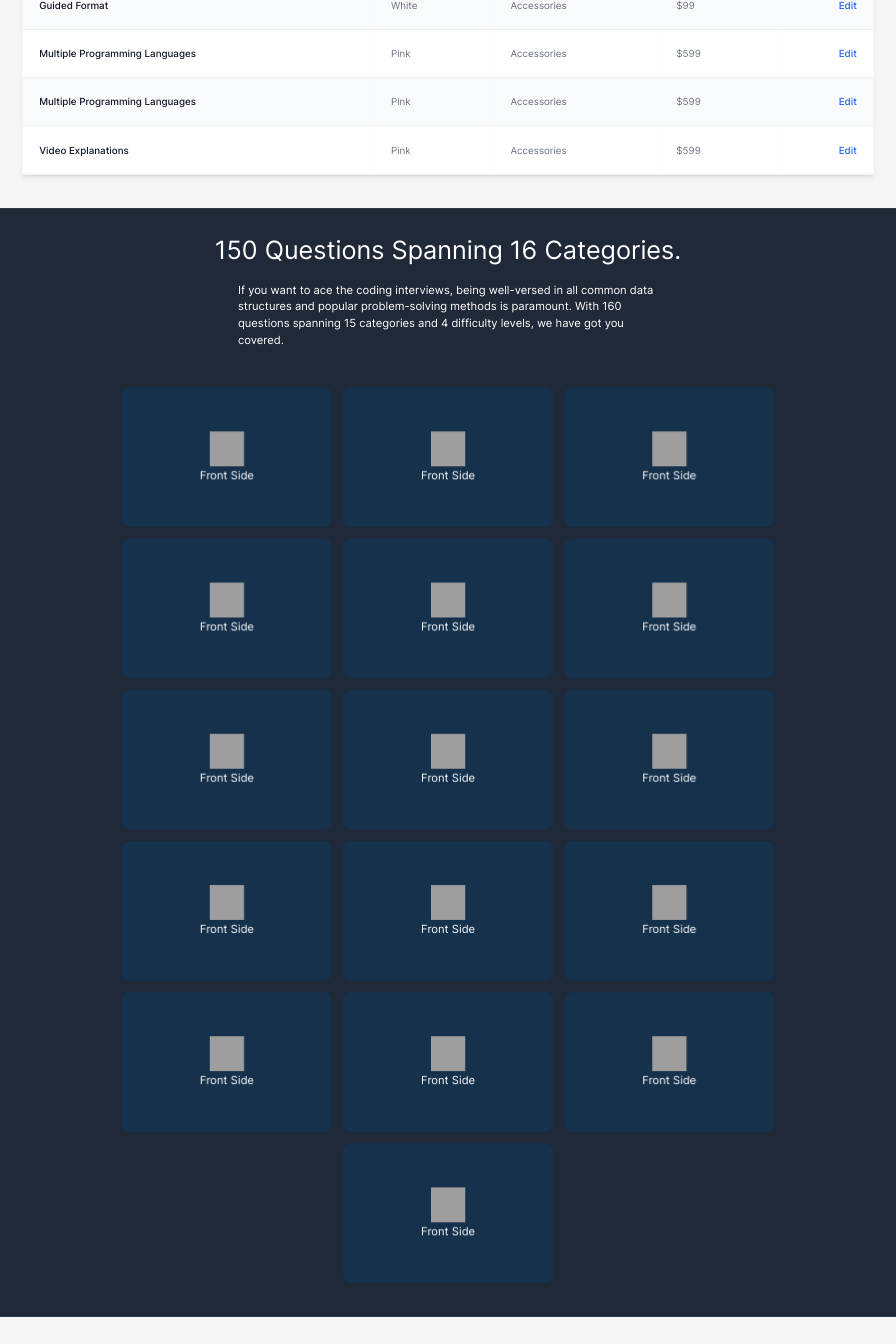
Repository: om1ars/Xjkey
Page: /
An editor plug-in stored every save of this project. The page is shown before and after the next save, followed by the edit.
The browser window is 1280 px wide. The pictures show the part of the page from y = 1305 to 3225 px (the page is 3811 px tall before and 3880 px after), at 70% of full size.
Pictures or frames that could not be fetched are drawn as grey boxes. The project was rebuilt for these pictures with package versions that can differ from the ones it lists, and the page was loaded fresh each time. The framework's server and built-in components were replaced by stand-ins that run in the browser. Also part of the build but not shown: next.config.js.

Above is the page before, as saved 2022-03-19 01:49:51.

### src/pages/_app.tsx
import "@/css/fonts.css";
// Import Swiper styles
import "swiper/css";
import "swiper/css/free-mode";
import "swiper/css/scrollbar";
import "swiper/css/navigation";
//
import "@/css/main.scss";
import type { AppProps } from "next/app";
import { ThemeProvider } from "next-themes";
import { Header } from "@/components/Header";
import DefaultLayout from "@/layouts/DefaultLayout";

function MyApp({ Component, pageProps }: AppProps) {
  return (
    <ThemeProvider attribute="class" defaultTheme="system">
      <DefaultLayout>
        <Component {...pageProps} />
      </DefaultLayout>
    </ThemeProvider>
  );
}

export default MyApp;

### src/pages/_document.tsx
import NextDocument, {
  Html,
  Head,
  Main,
  NextScript,
  DocumentContext,
} from 'next/document';

export default class Document extends NextDocument {
  static async getInitialProps(ctx: DocumentContext) {
    const initialProps = await NextDocument.getInitialProps(ctx);
    return { ...initialProps };
  }

  render() {
    return (
      <Html lang='en' className='dark'>
        <Head>
          <link href='/favicons/site.webmanifest' rel='manifest' />
          <link href='/favicons/favicon.ico' rel='shortcut icon' />
          <link
            href='/favicons/apple-touch-icon.png'
            rel='apple-touch-icon'
            sizes='180x180'
          />
          <link
            href='/favicons/favicon-32x32.png'
            rel='icon'
            sizes='32x32'
            type='image/png'
          />
          <link
            href='/favicons/favicon-16x16.png'
            rel='icon'
            sizes='16x16'
            type='image/png'
          />
          <link
            rel='mask-icon'
            href='/favicons/safari-pinned-tab.svg'
            color='#6366f1'
          />
          <meta content='#ffffff' name='theme-color' />
          <meta content='#ffffff' name='msapplication-TileColor' />
          <meta
            content='/favicons/browserconfig.xml'
            name='msapplication-config'
          />
        </Head>
        <body className='dark:highlight-white/5 bg-neutral-100 text-slate-900 antialiased dark:bg-gray-800 dark:text-white'>
          <Main />
          <NextScript />
        </body>
      </Html>
    );
  }
}

### src/pages/index.tsx
import React from "react";
import SEO from "@/components/SEO";
import AboutUs from "@/components/HomeComponents/AboutUs";
import Hero from "@/components/HomeComponents/Hero";
import { FeaturedJobs } from "@/components/HomeComponents/FeaturedJobs";
import AlgoFlipCard from "@/components/HomeComponents/FlipCard";
import VideosComponents from "@/components/HomeComponents/VideosComponents";
import CompareTable from "@/components/HomeComponents/CompareTable";
export default function Home() {
  return (
    <>
      <SEO />
      <Hero />
      <main className="mx-auto max-w-screen-xl px-6 sm:px-8">
        <div className="mt-16 space-y-20">
          <FeaturedJobs />
        </div>
      </main>
      <main
        className="mx-auto max-w-screen-xl px-6 sm:px-8 "
        id="video-explanation"
      >
        <div className="mt-16 space-y-20">
          <CompareTable />
        </div>
      </main>
      <div className="mt-10 " id="flipCard">
        <AlgoFlipCard />
      </div>
      <main
        className="mx-auto max-w-screen-xl px-6 sm:px-8 "
        id="video-explanation"
      >
        <div className="mt-16 space-y-20">
          <VideosComponents />
        </div>
      </main>
    </>
  );
}

### src/css/fonts.css
@font-face {
  font-family: "Inter var";
  font-weight: 100 900;
  font-display: swap;
  font-style: normal;
  font-named-instance: "Regular";
  src: url("../fonts/Inter-roman-latin.var.woff2") format("woff2");
}

@font-face {
  font-family: "Inter var";
  font-weight: 100 900;
  font-display: swap;
  font-style: italic;
  font-named-instance: "Italic";
  src: url("../fonts/Inter-italic-latin.var.woff2") format("woff2");
}

### src/css/main.scss
@tailwind base;
@tailwind components;
@tailwind utilities;
@import "./flip-card.scss";
@layer base {
  .dark {
    color-scheme: dark;
  }
}

/* styling Swiper default navigations elements */
.swiper-button-next {
  background-color: theme("colors.white");
  height: 40px;
  width: 40px;
  border-radius: 100px;
  box-shadow: theme("boxShadow.lg");
  transition: all;
  transition-duration: 150ms;
}

html.dark .swiper-button-next {
  background-color: theme("colors.slate.600");
}

.swiper-button-next:hover {
  background-color: theme("colors.slate.200");
}

html.dark .swiper-button-next:hover {
  background-color: theme("colors.slate.400");
}

.swiper-button-next::after {
  color: black;
  font-size: 1rem;
  font-weight: bold;
}
html.dark .swiper-button-next::after {
  color: theme("colors.white");
}

.swiper-button-prev {
  background-color: theme("colors.white");
  height: 40px;
  width: 40px;
  border-radius: 100px;
  box-shadow: theme("boxShadow.lg");
  transition: all;
  transition-duration: 150ms;
}

html.dark .swiper-button-prev {
  background-color: theme("colors.slate.600");
}

.swiper-button-prev:hover {
  background-color: theme("colors.slate.200");
}

html.dark .swiper-button-prev:hover {
  background-color: theme("colors.slate.400");
}

.swiper-button-prev::after {
  color: black;
  font-size: 1rem;
  font-weight: bold;
}
html.dark .swiper-button-prev::after {
  color: theme("colors.white");
}

html.dark .swiper-scrollbar {
  background: rgb(255, 255, 255, 0.2);
}
html.dark .swiper-scrollbar-drag {
  background: rgb(255, 255, 255, 0.6);
}
/* end of styling Swiper default navigations elements */

### src/layouts/DefaultLayout.tsx
import Footer from "@/components/Footer";
import { Header } from "@/components/Header";
import React, { FC } from "react";

export default function DefaultLayout({ children }: any) {
  return (
    <div>
      <Header />
      <main>{children}</main>
      <Footer />
    </div>
  );
}

### src/components/SEO.tsx
import React from "react";
import Head from "next/head";

const defaultMeta = {
  title: "Job Seeking Landing Page - Miad V",
  description: "Exprimental Project",
};

const SEO: React.FC<any> = ({ children, ...customMeta }) => {
  const meta = {
    ...defaultMeta,
    ...customMeta,
  };
  return (
    <Head>
      <meta name="robots" content="noindex" />
      <title>{meta.title}</title>
      <meta name="description" content={meta.description} />
    </Head>
  );
};

export default SEO;

### src/components/HomeComponents/CompareTable.tsx
import React from "react";

export default function CompareTable() {
  return (
    <div>
      <div className="flex flex-col">
        <div className="overflow-x-auto sm:-mx-6 lg:-mx-8">
          <div className="inline-block min-w-full py-2 sm:px-6 lg:px-8">
            <div className="overflow-hidden shadow-md ">
              <table className="min-w-full">
                <thead className="bg-white  ">
                  <tr className="">
                    <th
                      scope="col"
                      className="py-3 px-6 text-left text-xs font-medium uppercase tracking-wider text-gray-700 dark:text-gray-400"
                    >
                      Name
                    </th>
                    <th
                      scope="col"
                      className="py-3 px-6   pt-10 pb-10 text-left text-xs font-medium uppercase tracking-wider text-gray-700 dark:text-gray-400"
                    >
                      Color
                    </th>
                    <th
                      scope="col"
                      className="py-3 px-6 text-left text-xs font-medium uppercase tracking-wider text-gray-700 dark:text-gray-400"
                    >
                      Category
                    </th>
                    <th
                      scope="col"
                      className="py-3 px-6 text-left text-xs font-medium uppercase tracking-wider text-gray-700 dark:text-gray-400"
                    >
                      Price
                    </th>
                    <th scope="col" className="relative py-3 px-6">
                      <span className="sr-only">Edit</span>
                    </th>
                  </tr>
                </thead>
                <tbody>
                  {/* Product 1 */}
                  <tr className="border-b odd:bg-white even:bg-gray-50 dark:border-gray-600 odd:dark:bg-gray-800 even:dark:bg-gray-700">
                    <td className="whitespace-nowrap border-t py-4 px-6 pt-6 pb-6 text-sm font-medium text-gray-900 dark:text-white">
                      Coding Workspace
                    </td>
                    <td className="whitespace-nowrap border-t py-4 px-6 text-sm text-gray-500 dark:text-gray-400">
                      Sliver
                    </td>
                    <td className="whitespace-nowrap border-t py-4 px-6 text-sm text-gray-500 dark:text-gray-400">
                      Laptop
                    </td>
                    <td className="whitespace-nowrap border-t py-4 px-6 text-sm text-gray-500 dark:text-gray-400">
                      $2999
                    </td>
                    <td className="text border-t-right whitespace-nowrap py-4 px-6 text-sm font-medium">
                      <a
                        href="#"
                        className="text-blue-600 hover:underline dark:text-blue-500"
                      >
                        Edit
                      </a>
                    </td>
                  </tr>
                  {/* Product 2 */}
                  <tr className="border-b odd:bg-white even:bg-gray-50 dark:border-gray-600 odd:dark:bg-gray-800 even:dark:bg-gray-700">
                    <td className="whitespace-nowrap py-4 px-6 pt-6 pb-6 text-sm font-medium text-gray-900 dark:text-white">
                      100+ Practice Questions
                    </td>
                    <td className="whitespace-nowrap py-4 px-6 text-sm text-gray-500 dark:text-gray-400">
                      White
                    </td>
                    <td className="whitespace-nowrap py-4 px-6 text-sm text-gray-500 dark:text-gray-400">
                      Desktop Pc
                    </td>
                    <td className="whitespace-nowrap py-4 px-6 text-sm text-gray-500 dark:text-gray-400">
                      $1999
                    </td>
                    <td className="whitespace-nowrap py-4 px-6 text-right text-sm font-medium">
                      <a
                        href="#"
                        className="text-blue-600 hover:underline dark:text-blue-500"
                      >
                        Edit
                      </a>
                    </td>
                  </tr>
                  {/* Product 3 */}
                  <tr className="border-b odd:bg-white even:bg-gray-50 dark:border-gray-600 odd:dark:bg-gray-800 even:dark:bg-gray-700">
                    <td className="whitespace-nowrap py-4 px-6 pt-6 pb-6 text-sm font-medium text-gray-900 dark:text-white">
                      Data Structures Content
                    </td>
                    <td className="whitespace-nowrap py-4 px-6 text-sm text-gray-500 dark:text-gray-400">
                      White
                    </td>
                    <td className="whitespace-nowrap py-4 px-6 text-sm text-gray-500 dark:text-gray-400">
                      Phone
                    </td>
                    <td className="whitespace-nowrap py-4 px-6 text-sm text-gray-500 dark:text-gray-400">
                      $999
                    </td>
                    <td className="whitespace-nowrap py-4 px-6 text-right text-sm font-medium">
                      <a
                        href="#"
                        className="text-blue-600 hover:underline dark:text-blue-500"
                      >
                        Edit
                      </a>
                    </td>
                  </tr>
                  {/* Product 4 */}
                  <tr className="border-b odd:bg-white even:bg-gray-50 dark:border-gray-600 odd:dark:bg-gray-800 even:dark:bg-gray-700">
                    <td className="whitespace-nowrap py-4 px-6 pt-6 pb-6 text-sm font-medium text-gray-900 dark:text-white">
                      Guided Format
                    </td>
                    <td className="whitespace-nowrap py-4 px-6 text-sm text-gray-500 dark:text-gray-400">
                      White
                    </td>
                    <td className="whitespace-nowrap py-4 px-6 text-sm text-gray-500 dark:text-gray-400">
                      Accessories
                    </td>
                    <td className="whitespace-nowrap py-4 px-6 text-sm text-gray-500 dark:text-gray-400">
                      $99
                    </td>
                    <td className="whitespace-nowrap py-4 px-6 text-right text-sm font-medium">
                      <a
                        href="#"
                        className="text-blue-600 hover:underline dark:text-blue-500"
                      >
                        Edit
                      </a>
                    </td>
                  </tr>
                  {/* Product 5 */}
                  <tr className="border-b odd:bg-white even:bg-gray-50 dark:border-gray-600 odd:dark:bg-gray-800 even:dark:bg-gray-700">
                    <td className="whitespace-nowrap py-4 px-6 pt-6 pb-6 text-sm font-medium text-gray-900 dark:text-white">
                      Multiple Programming Languages{" "}
                    </td>
                    <td className="whitespace-nowrap py-4 px-6 text-sm text-gray-500 dark:text-gray-400">
                      Pink
                    </td>
                    <td className="whitespace-nowrap py-4 px-6 text-sm text-gray-500 dark:text-gray-400">
                      Accessories
                    </td>
                    <td className="whitespace-nowrap py-4 px-6 text-sm text-gray-500 dark:text-gray-400">
                      $599
                    </td>
                    <td className="whitespace-nowrap py-4 px-6 text-right text-sm font-medium">
                      <a
                        href="#"
                        className="text-blue-600 hover:underline dark:text-blue-500"
                      >
                        Edit
                      </a>
                    </td>
                  </tr>
                  <tr className="border-b odd:bg-white even:bg-gray-50 dark:border-gray-600 odd:dark:bg-gray-800 even:dark:bg-gray-700">
                    <td className="whitespace-nowrap py-4 px-6 pt-6 pb-6 text-sm font-medium text-gray-900 dark:text-white">
                      Multiple Programming Languages{" "}
                    </td>
                    <td className="whitespace-nowrap py-4 px-6 text-sm text-gray-500 dark:text-gray-400">
                      Pink
                    </td>
                    <td className="whitespace-nowrap py-4 px-6 text-sm text-gray-500 dark:text-gray-400">
                      Accessories
                    </td>
                    <td className="whitespace-nowrap py-4 px-6 text-sm text-gray-500 dark:text-gray-400">
                      $599
                    </td>
                    <td className="whitespace-nowrap py-4 px-6 text-right text-sm font-medium">
                      <a
                        href="#"
                        className="text-blue-600 hover:underline dark:text-blue-500"
                      >
                        Edit
                      </a>
                    </td>
                  </tr>
                  <tr className="border-b odd:bg-white even:bg-gray-50 dark:border-gray-600 odd:dark:bg-gray-800 even:dark:bg-gray-700">
                    <td className="whitespace-nowrap py-4 px-6 pt-6 pb-6 text-sm font-medium text-gray-900 dark:text-white">
                      Video Explanations
                    </td>
                    <td className="whitespace-nowrap py-4 px-6 text-sm text-gray-500 dark:text-gray-400">
                      Pink
                    </td>
                    <td className="whitespace-nowrap py-4 px-6 text-sm text-gray-500 dark:text-gray-400">
                      Accessories
                    </td>
                    <td className="whitespace-nowrap py-4 px-6 text-sm text-gray-500 dark:text-gray-400">
                      $599
                    </td>
                    <td className="whitespace-nowrap py-4 px-6 text-right text-sm font-medium">
                      <a
                        href="#"
                        className="text-blue-600 hover:underline dark:text-blue-500"
                      >
                        Edit
                      </a>
                    </td>
                  </tr>
                </tbody>
              </table>
            </div>
          </div>
        </div>
      </div>
    </div>
  );
}

### src/css/flip-card.scss
.algo_flip_card_container {
  width: 100%;
  padding: 40px;
  height: 100%;
  background: #1f2937;
  //   display: flex;
  justify-content: center;
  align-items: center;
}
.services-box {
  display: flex;
  justify-content: center;
  align-items: center;
  flex-wrap: wrap;
}

.service {
  margin: 8px;
}

.flip-box {
  background-color: transparent;
  width: 300px;
  height: 200px;
  //   border: 1px solid #15314b;
  border-radius: 10px;
  perspective: 1000px;
}

.flip-box-inner {
  position: relative;
  width: 100%;
  height: 100%;
  text-align: center;
  transition: transform 0.4s;
  transform-style: preserve-3d;

  display: flex;
  justify-content: center;
  align-items: center;
}

.flip-box:hover .flip-box-inner {
  transform: rotateY(180deg);
}

.flip-box-front,
.flip-box-back {
  position: absolute;
  width: 100%;
  height: 100%;
  -webkit-backface-visibility: hidden;
  backface-visibility: hidden;

  display: flex;
  justify-content: center;
  align-items: center;
  flex-direction: column;
}

.flip-box-front {
  background-color: #15314b;
  color: white;
  border-radius: 10px;
}

.flip-box-front img {
  height: 50px;
  width: 50px;
}

.flip-box-back {
  background-color: #15314b;
  color: white;
  transform: rotateY(180deg);
  border-radius: 10px;
  padding: 16px;
}

### src/components/Footer.tsx
import React from "react";

export default function Footer() {
  return (
    <div>
      <div className="bg-darkBg text-whiteBg flex flex-col items-center justify-center pl-48 pr-48 pt-16 pb-10">
        <div className="lg:flex sm:flex md:flex sm:flex-wrap md:flex-wrap ">
          <div className="ml-4 flex ">
            <span className="mr-2 ml-2">Contact us</span>
            <div className=" ml-2 w-0.5 bg-gray-500"></div>
          </div>
          <div className="ml-4 flex ">
            <span className="mr-2 ml-2">FAQ</span>
            <div className=" ml-2 w-0.5 bg-gray-500"></div>
          </div>
          <div className="ml-4 flex ">
            <span className="mr-2 ml-2">Reviews</span>
            <div className=" ml-2 w-0.5 bg-gray-500"></div>
          </div>
          <div className="ml-4 flex ">
            <span className="mr-2 ml-2">Blog</span>
            <div className=" ml-2 w-0.5 bg-gray-500"></div>
          </div>
          <div className="ml-4 flex ">
            <span className="mr-2 ml-2">Jobs</span>
            <div className=" ml-2 w-0.5 bg-gray-500"></div>
          </div>
          <div className="ml-4 flex ">
            <span className="mr-2 ml-2 ">Legal stuff</span>
          </div>

        </div>
        <div className="mt-6">
          <span>Copyright © 2017-2022 EzCode LLC. All rights reserved.</span>
        </div>
      </div>
    </div>
  );
}

### src/components/Logo.tsx
import clsx from "clsx";
import React from "react";

export default function Logo() {
  return (
    <span
      className={clsx(
        "bg-gradient-to-r from-fuchsia-800 via-purple-600 to-indigo-800 bg-clip-text align-middle text-3xl font-black tracking-widest text-transparent"
      )}
    >
      HIREDLi
    </span>
  );
}

### src/utils/assertions.ts
export const __DEV__ = process.env.NODE_ENV !== "production";

Loaded but not shown: tailwind.config.js (18 lines, source omitted); src/components/Header.tsx (699 lines, source omitted); src/components/HomeComponents/FlipCard.tsx (283 lines, source omitted); src/components/HomeComponents/AuthenticationDialog.tsx (206 lines, source omitted); src/components/ThemeToggle.tsx (220 lines, source omitted); src/components/HomeComponents/Hero.tsx (170 lines, source omitted); src/components/HomeComponents/FeaturedJobs.tsx (143 lines, source omitted); src/components/Button/index.tsx (185 lines, source omitted); src/components/HomeComponents/VideosComponents.tsx (40 lines, source omitted)

After the next save:
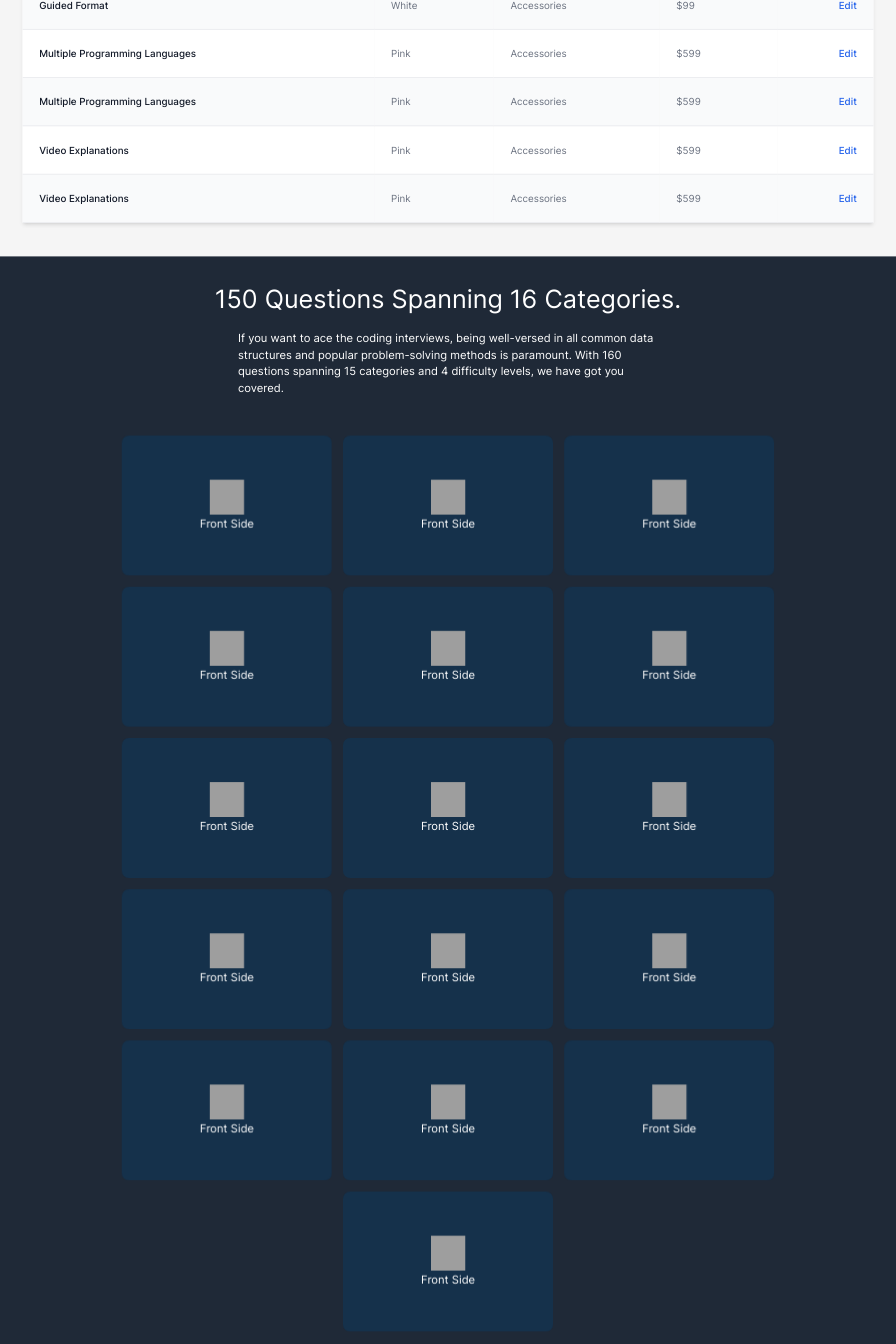
Saved 11 s later.
--- a/src/components/HomeComponents/CompareTable.tsx
+++ b/src/components/HomeComponents/CompareTable.tsx
@@ -199,6 +199,28 @@ export default function CompareTable() {
                       </a>
                     </td>
                   </tr>
+                  <tr className="border-b odd:bg-white even:bg-gray-50 dark:border-gray-600 odd:dark:bg-gray-800 even:dark:bg-gray-700">
+                    <td className="whitespace-nowrap py-4 px-6 pt-6 pb-6 text-sm font-medium text-gray-900 dark:text-white">
+                      Video Explanations
+                    </td>
+                    <td className="whitespace-nowrap py-4 px-6 text-sm text-gray-500 dark:text-gray-400">
+                      Pink
+                    </td>
+                    <td className="whitespace-nowrap py-4 px-6 text-sm text-gray-500 dark:text-gray-400">
+                      Accessories
+                    </td>
+                    <td className="whitespace-nowrap py-4 px-6 text-sm text-gray-500 dark:text-gray-400">
+                      $599
+                    </td>
+                    <td className="whitespace-nowrap py-4 px-6 text-right text-sm font-medium">
+                      <a
+                        href="#"
+                        className="text-blue-600 hover:underline dark:text-blue-500"
+                      >
+                        Edit
+                      </a>
+                    </td>
+                  </tr>
                 </tbody>
               </table>
             </div>
